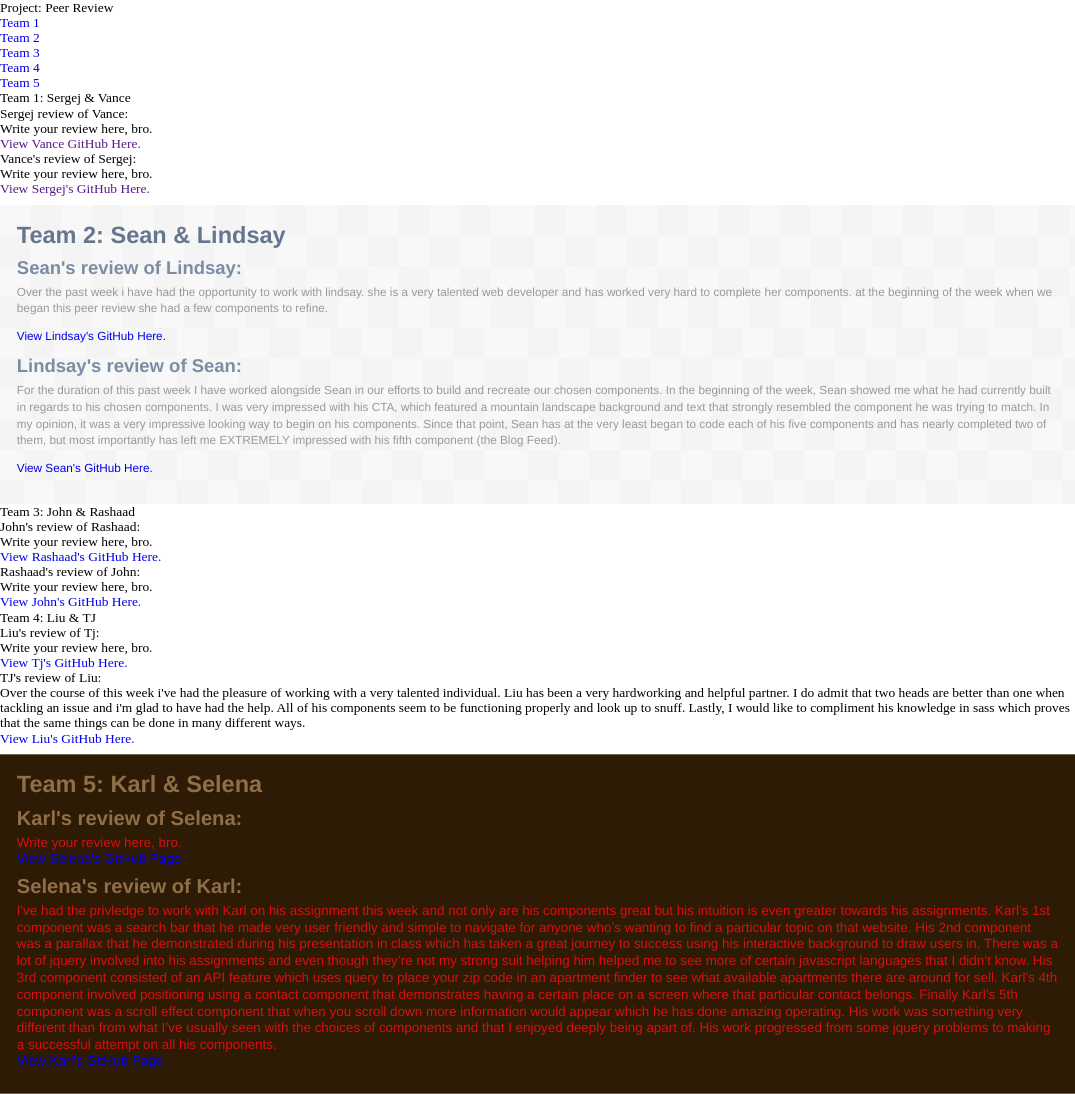
Repository: Smvargas787/WSP-2.5
Page: workspace 3/hello-world.html
The author's editor kept a record of every edit. The page is drawn from the files as they stood at one moment, then again after the next edit.
The browser window is 1280 px wide. The pictures show the whole page, at 84% of full size.
Some web libraries are served in a nearby version.

Above is the page before.

After the next edit:
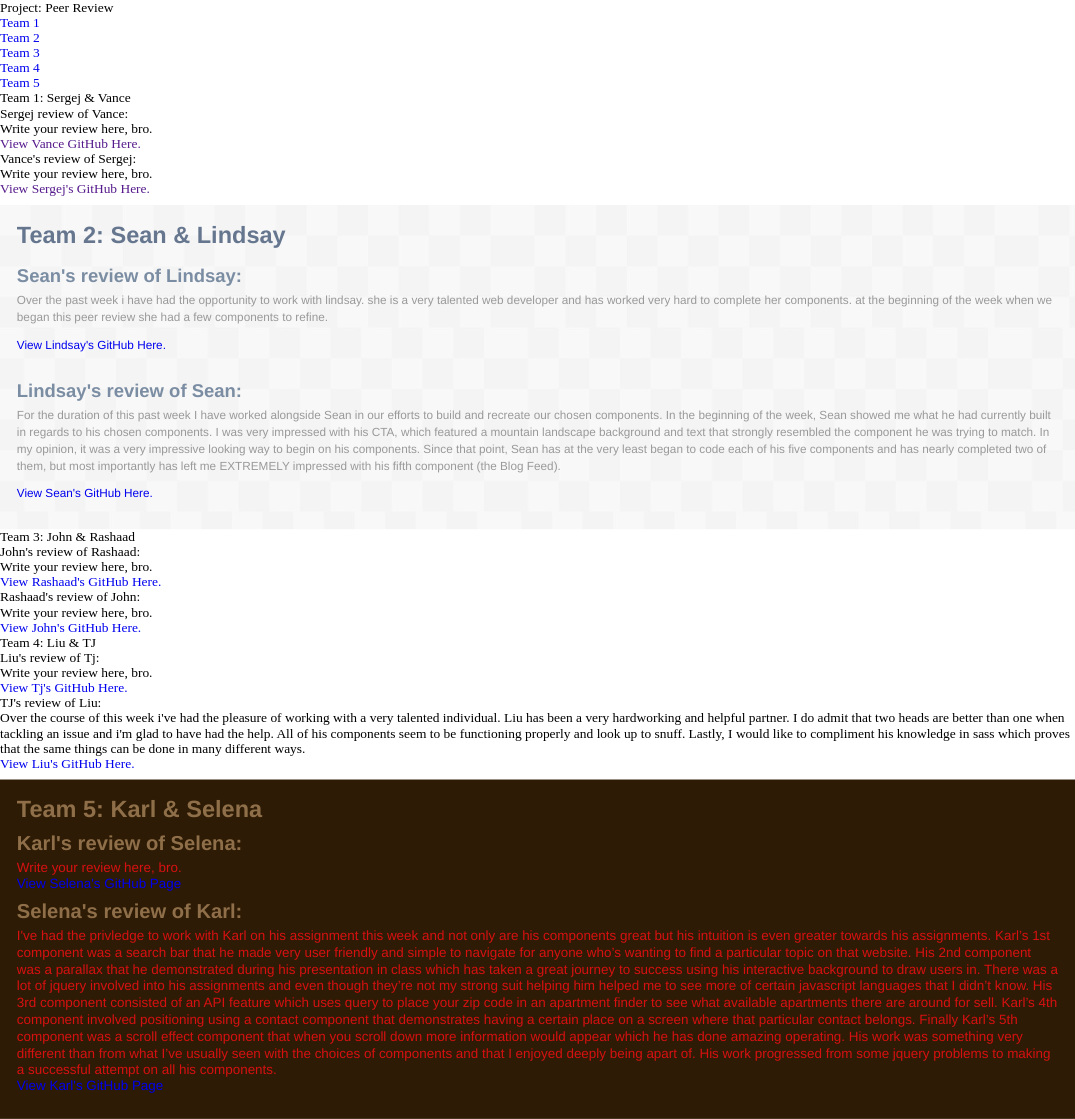
The edit:
--- a/workspace 3/css/style.css
+++ b/workspace 3/css/style.css
@@ -41,7 +41,7 @@
 .team2 article h3
 {
   font-weight: normal;
-  margin-bottom: 5px;
+  margin: 20px 0 5px;
   color: #7B8DA3;
   font-size: 22px;
   font-weight: 700;
